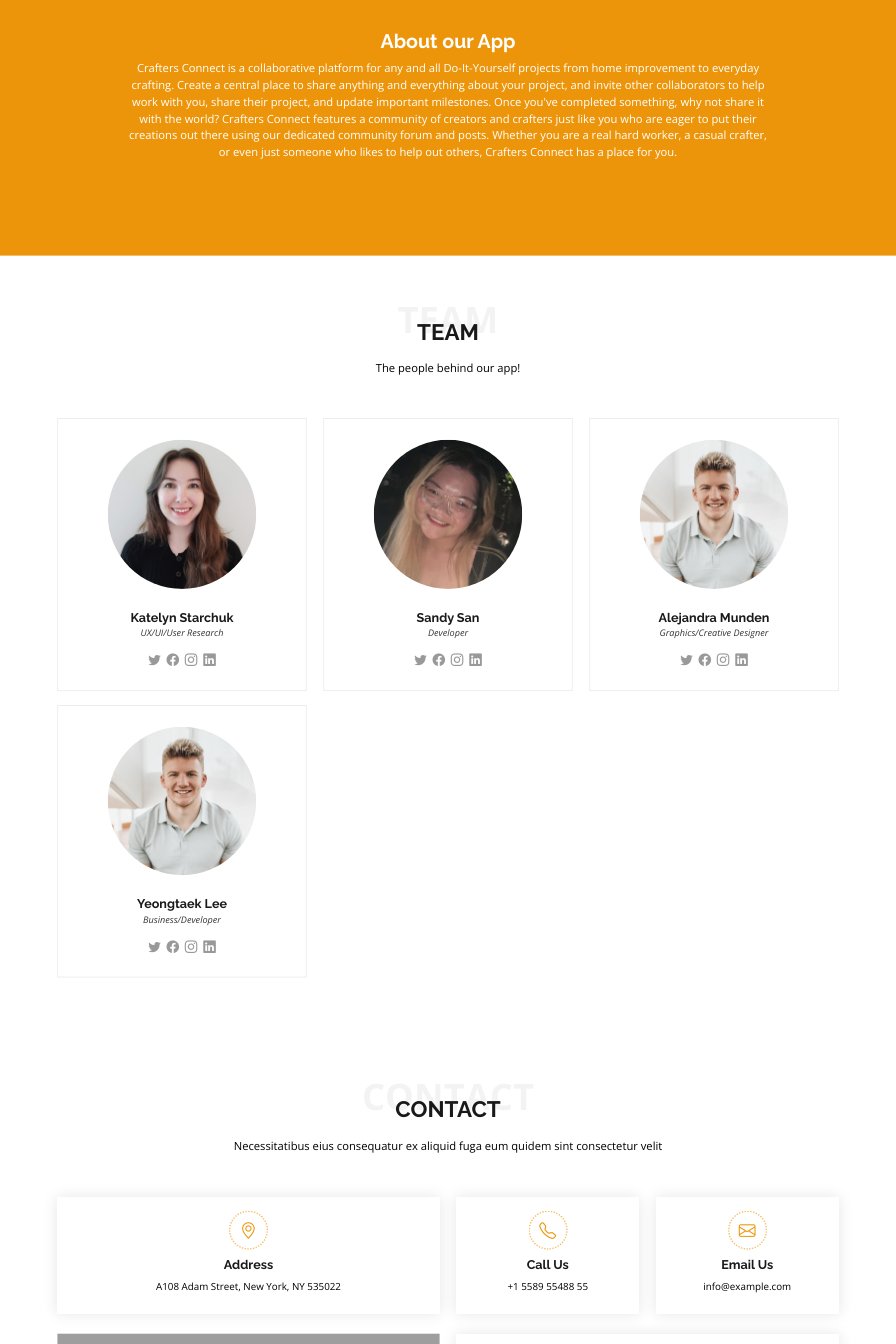
Repository: alemunden/Crafter-Connect-Marketing-Website
Page: index.html
These files come from the project's save history. The page is drawn as it stood at one moment and after the next save; the edit follows.
The browser window is 1280 px wide. The pictures show the part of the page from y = 1936 to 3856 px (the page is 4850 px tall before and 4931 px after), at 70% of full size.
Pictures or frames that could not be fetched are drawn as grey boxes. A picture or video elsewhere on the page could not be fetched, so the positions and the page height are approximate.

Above is the page before, as saved 2024-05-14 23:02:31.

After the next save:
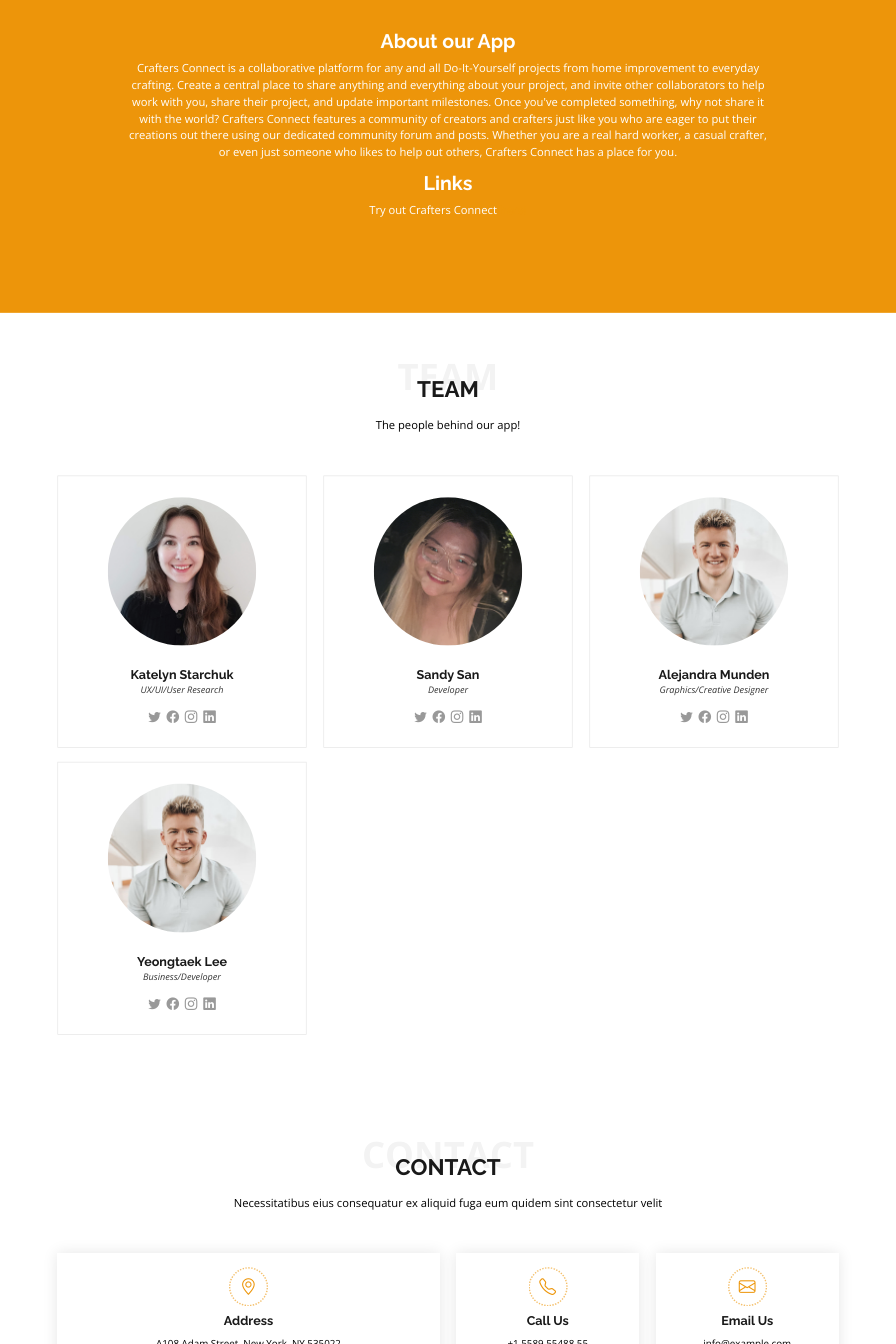
Saved 2 min 15 s later.
--- a/index.html
+++ b/index.html
@@ -193,6 +193,10 @@
               <h3>About our App</h3>
               <p>Crafters Connect is a collaborative platform for any and all Do-It-Yourself projects from home improvement to everyday crafting. Create a central place to share anything and everything about your project, and invite other collaborators to help work with you, share their project, and update important milestones. Once you've completed something, why not share it with the world? Crafters Connect features a community of creators and crafters just like you who are eager to put their creations out there using our dedicated community forum and posts. Whether you are a real hard worker, a casual crafter, or even just someone who likes to help out others, Crafters Connect has a place for you.</p>
             </div>
+            <div class="text-center">
+              <h3>Links</h3>
+              <p>Try out Crafters Connect <a href="https://www.figma.com/proto/7NULAtnjrj1iwbcx0juovm/Crafter-Connect-IDSP?node-id=1-3088&t=H73n4CwWE8gxTK0F-1&scaling=scale-down&page-id=0%3A1&starting-point-node-id=1%3A3088">here!</a></p>
+            </div>
           </div>
         </div>
       </div>
